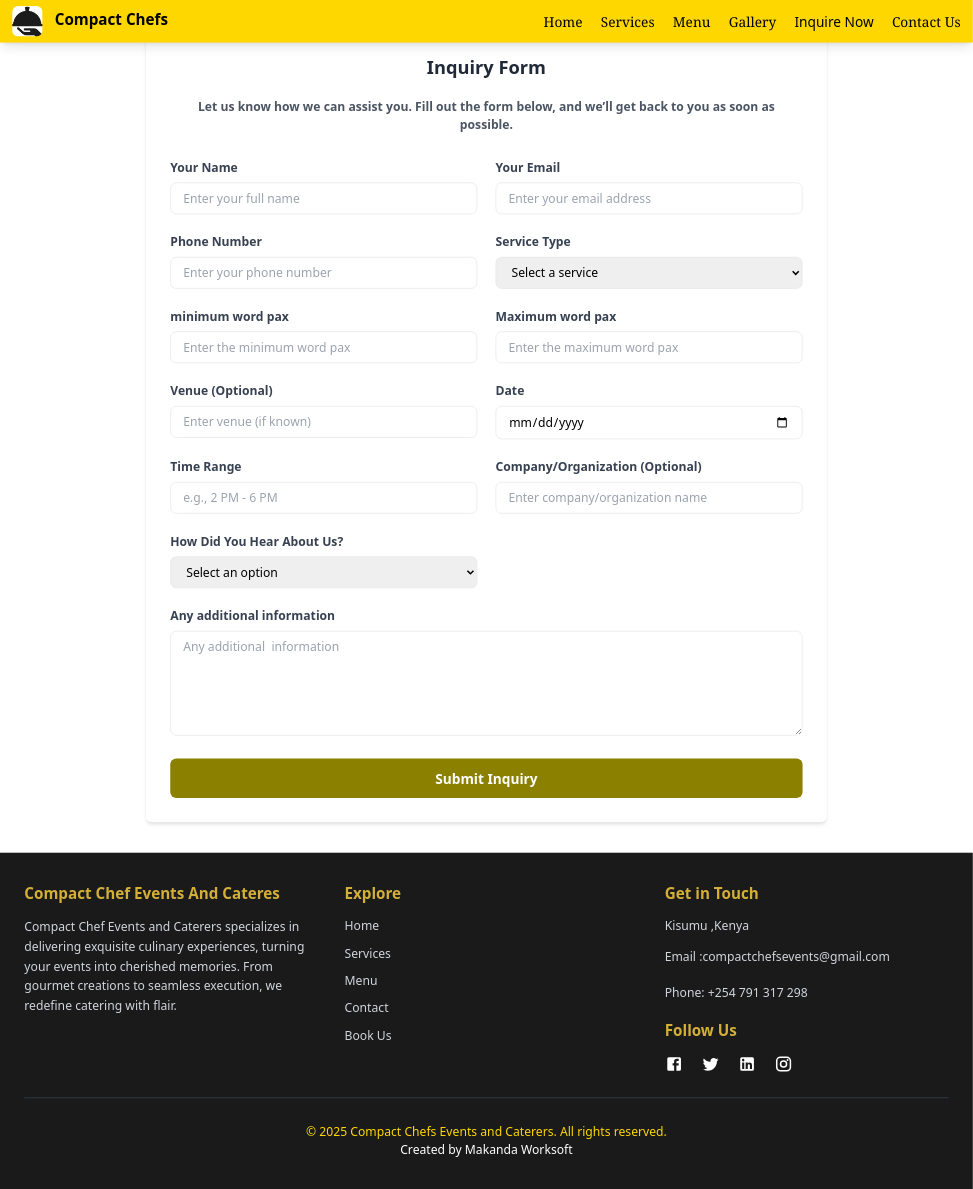
Repository: makanda596/compactchef
Page: /book
These files come from the project's save history. The page is drawn as it stood at one moment and after the next save; the edit follows.
The browser window is 1280 px wide. The pictures show the whole page, at 76% of full size.
The project was rebuilt for these pictures with package versions that can differ from the ones it lists, and the page was loaded fresh each time. Also part of the build but not shown: src/components/Hero.jsx, src/components/Client.jsx, src/components/Reviews.jsx, src/components/About.jsx, src/pages/Home.jsx, src/pages/Services.jsx, src/pages/Menu.jsx, src/pages/Contact.jsx and 1 more.

Above is the page before, as saved 2025-01-21 14:28:01.

### public/index.html
<!DOCTYPE html>
<html lang="en">
  <head>
    <meta charset="utf-8" />
    <link rel="icon" href="./logo.jpg" />
    <meta name="viewport" content="width=device-width, initial-scale=1" />

    <link rel="apple-touch-icon" href="./logo.jpg" />


    <title>CompactChef Events</title>
  </head>
  <body>
    <div id="root"></div>
  </body>
</html>

### src/pages/Book.jsx
import React, { useState } from 'react';

function Inquiry() {
    const [loading, setLoading] = useState(false);
    const [submitted, setSubmitted] = useState(false);
    const [formData, setFormData] = useState({
        name: "",
        email: "",
        phone: "",
        service: "",
        venue: "",
        people: "",
        date: "",
        time: "",
        company: "",
        referral: "",
        message: "",
    });

    const services = [
        "Catering Services",
        "Corporate Events",
        "Weddng Events",
        "Event Planning",
        "Garden Events",
        "Private Events",
        "Menu Customization",
        "Food Delivery",
        "Baby Showers",
        "Other",
    ];

    const referralOptions = [
        "Social Media",
        "Website",
        "Friend/Family",
        "Advertisement",
        "Other",
    ];

    const handleChange = (e) => {
        const { name, value } = e.target;
        setFormData((prevData) => ({
            ...prevData,
            [name]: value,
        }));
    };

    const onSubmit = async (event) => {
        event.preventDefault();
        setLoading(true);
        const formData = new FormData(event.target);

        formData.append("access_key", "1a963b75-8bc9-43a3-b79f-457662aa4798");

        const object = Object.fromEntries(formData);
        const json = JSON.stringify(object);

        try {
            const res = await fetch("https://api.web3forms.com/submit", {
                method: "POST",
                headers: {
                    "Content-Type": "application/json",
                    Accept: "application/json"
                },
                body: json
            });

            if (res.ok) {
                const data = await res.json();
                if (data.success) {
                    setLoading(false);
                    setSubmitted(true);
                    // Clear form inputs
                    setFormData({
                        name: "",
                        email: "",
                        phone: "",
                        service: "",
                        venue: "",
                        min: "",
                        max: "",
                        date: "",
                        time: "",
                        company: "",
                        referral: "",
                        message: "",
                    });
                } else {
                    console.error("Error:", data.message);
                    setLoading(false);
                }
            } else {
                console.error("Network response was not ok.");
                setLoading(false);
            }
        } catch (error) {
            console.error("Fetch error:", error);
            setLoading(false);
        }
    };

    return (
        <div className="min-h-screen  py-10 ">
            <div className="max-w-4xl mx-auto bg-white p-8 rounded-lg shadow-md">
                <h1 className="text-2xl font-extrabold text-center text-gray-800 mb-6">
                    Inquiry Form
                </h1>
                <p className="text-center font-semibold text-gray-600 mb-8">
                    Let us know how we can assist you. Fill out the form below, and we’ll get back to you as soon as possible.
                </p>
                <form className="space-y-6" onSubmit={onSubmit}>
                    <div className="grid grid-cols-1 md:grid-cols-2 gap-4 md:gap-6">
                        <div>
                            <label htmlFor="name" className="block text-gray-700 font-bold mb-2">
                                Your Name
                            </label>
                            <input
                                type="text"
                                id="name"
                                name="name"
                                value={formData.name}
                                onChange={handleChange}
                                className="w-full px-4 py-2 border rounded-lg focus:outline-none focus:ring-2 focus:ring-[#8b8000]"
                                placeholder="Enter your full name"
                                required
                            />
                        </div>
                        <div>
                            <label htmlFor="email" className="block text-gray-700 font-bold mb-2">
                                Your Email
                            </label>
                            <input
                                type="email"
                                id="email"
                                name="email"
                                value={formData.email}
                                onChange={handleChange}
                                className="w-full px-4 py-2 border rounded-lg focus:outline-none focus:ring-2 focus:ring-[#8b8000]"
                                placeholder="Enter your email address"
                                required
                            />
                        </div>
                        <div>
                            <label htmlFor="phone" className="block text-gray-700 font-bold mb-2">
                                Phone Number
                            </label>
                            <input
                                type="tel"
                                id="phone"
                                name="phone"
                                value={formData.phone}
                                onChange={handleChange}
                                className="w-full px-4 py-2 border rounded-lg focus:outline-none focus:ring-2 focus:ring-[#8b8000]"
                                placeholder="Enter your phone number"
                                required
                            />
                        </div>
                        <div>
                            <label htmlFor="service" className="block text-gray-700 font-bold mb-2">
                                Service Type
                            </label>
                            <select
                                id="service"
                                name="service"
                                value={formData.service}
                                onChange={handleChange}
                                className="w-full px-4 py-2 border rounded-lg focus:outline-none focus:ring-2 focus:ring-[#8b8000]"
                                required
                            >
                                <option value="" disabled>
                                    Select a service
                                </option>
                                {services.map((service, index) => (
                                    <option key={index} value={service}>
                                        {service}
                                    </option>
                                ))}
                            </select>
                        </div>

                        <div>
                            <label htmlFor=" word pax" className="block text-gray-700 font-bold mb-2">
                                minimum word pax
                            </label>
                            <input
                                type="number"
                                id="minimum word pax"
                                name="minimum word pax"
                                value={formData.min}
                                onChange={handleChange}
                                className="w-full px-4 py-2 border rounded-lg focus:outline-none focus:ring-2 focus:ring-[#8b8000]"
                                placeholder="Enter the minimum word pax"
                                required
                            />
                        </div>
                        <div>
                            <label htmlFor=" word pax" className="block text-gray-700 font-bold mb-2">
                                Maximum word pax
                            </label>
                            <input
                                type="number"
                                id=" maximum word pax"
                                name=" maximum word pax"
                                value={formData.max}
                                onChange={handleChange}
                                className="w-full px-4 py-2 border rounded-lg focus:outline-none focus:ring-2 focus:ring-[#8b8000]"
                                placeholder="Enter the maximum word pax"
                                required
                            />
                        </div>
                        <div>
                            <label htmlFor="venue" className="block text-gray-700 font-bold mb-2">
                                Venue (Optional)
                            </label>
                            <input
                                type="text"
                                id="venue"
                                name="venue"
                                value={formData.venue}
                                onChange={handleChange}
                                className="w-full px-4 py-2 border rounded-lg focus:outline-none focus:ring-2 focus:ring-[#8b8000]"
                                placeholder="Enter venue (if known)"
                            />
                        </div>
                        <div>
                            <label htmlFor="date" className="block text-gray-700 font-bold mb-2">
                                Date
                            </label>
                            <input
                                type="date"
                                id="date"
                                name="date"
                                value={formData.date}
                                onChange={handleChange}
                                className="w-full px-4 py-2 border rounded-lg focus:outline-none focus:ring-2 focus:ring-[#8b8000]"
                                required
                            />
                        </div>
                        <div>
                            <label htmlFor="time" className="block text-gray-700 font-bold mb-2">
                                Time Range
                            </label>
                            <input
                                type="text"
                                id="time"
                                name="time"
                                value={formData.time}
                                onChange={handleChange}
                                className="w-full px-4 py-2 border rounded-lg focus:outline-none focus:ring-2 focus:ring-[#8b8000]"
                                placeholder="e.g., 2 PM - 6 PM"
                                required
                            />
                        </div>
                        <div>
                            <label htmlFor="company" className="block text-gray-700 font-bold mb-2">
                                Company/Organization (Optional)
                            </label>
                            <input
                                type="text"
                                id="company"
                                name="company"
                                value={formData.company}
                                onChange={handleChange}
                                className="w-full px-4 py-2 border rounded-lg focus:outline-none focus:ring-2 focus:ring-[#8b8000]"
                                placeholder="Enter company/organization name"
                            />
                        </div>
                        <div>
                            <label htmlFor="referral" className="block text-gray-700 font-bold mb-2">
                                How Did You Hear About Us?
                            </label>
                            <select
                                id="referral"
                                name="referral"

                                value={formData.referral}
                                onChange={handleChange}
                                className="w-full px-4 py-2 border rounded-lg focus:outline-none focus:ring-2 focus:ring-[#8b8000]"
                                required
                            >
                                <option value="" disabled>
                                    Select an option
                                </option>
                                {referralOptions.map((option, index) => (
                                    <option key={index} value={option}>
                                        {option}
                                    </option>
                                ))}
                            </select>
                        </div>
                    </div>
                    <div>
                        <label htmlFor="message" className="block text-gray-700 font-bold mb-2">
                            Any additional  information
                        </label>
                        <textarea
                            id="message"
                            name="message"
                            rows="5"
                            value={formData.message}
                            onChange={handleChange}
                            className="w-full px-4 py-2 border rounded-lg focus:outline-none focus:ring-2 focus:ring-[#8b8000]"
                            placeholder="Any additional  information"
                            required
                        ></textarea>
                    </div>
                    <div>
                        <button
                            type="submit"
                            className="w-full bg-[#8b8000] text-white py-3 rounded-lg text-lg font-bold hover:bg-[#a08d00] transition duration-300"
                        >
                            {loading ? "Submitting..." : "Submit Inquiry"}
                        </button>
                    </div>
                </form>
            </div>

            {submitted && (
                <div className="fixed inset-0 flex items-center justify-center bg-black bg-opacity-50">
                    <div className="bg-white rounded-lg p-6 text-center shadow-lg">
                        <h2 className="text-2xl font-bold text-gray-800 mb-4">Inquiry Submitted!</h2>
                        <p className="text-gray-600 mb-6">
                            Thank you for your inquiry. We’ll get back to you soon.
                        </p>
                        <button
                            onClick={() => setSubmitted(false)}
                            className="bg-[#8b8000] text-white py-2 px-6 rounded-lg hover:bg-[#a08d00]"
                        >
                            Close
                        </button>
                    </div>
                </div>
            )}
        </div>
    );
}

export default Inquiry;

### src/components/Navbar.jsx
import React, { useState } from "react";
import logo from '../assets/logo.jpg'
const Navbar = () => {
    const [isOpen, setIsOpen] = useState(false);

    return (
        <nav className="bg-gold shadow-lg fixed top-0 z-50 w-full">
            <div className="container mx-auto px-4 flex justify-between items-center h-12 md:h-14">

                <div className="text-black font-bold text-xl flex space-x-4">
                    <img src={logo} alt="" className="w-10 rounded-lg object-cover" />
                    <p className="py-1">Compact Chefs</p></div>

                <div className="lg:hidden">
                    <button
                        onClick={() => setIsOpen(!isOpen)}
                        className="text-black focus:outline-none"
                    >
                        <svg
                            className="w-6 h-6"
                            xmlns="http://www.w3.org/2000/svg"
                            fill="none"
                            viewBox="0 0 24 24"
                            stroke="currentColor"
                        >
                            {isOpen ? (
                                <path
                                    strokeLinecap="round"
                                    strokeLinejoin="round"
                                    strokeWidth="2"
                                    d="M6 18L18 6M6 6l12 12"
                                />
                            ) : (
                                <path
                                    strokeLinecap="round"
                                    strokeLinejoin="round"
                                    strokeWidth="2"
                                    d="M4 6h16M4 12h16M4 18h16"
                                />
                            )}
                        </svg>
                    </button>
                </div>

                {/* Links for Desktop */}
                <div className="hidden lg:flex   space-x-6 text-lg ">
                    <a href="/" className=" text-black font-serif hover:text-white">
                        Home
                    </a>
                    <a href="services" className="text-black font-serif hover:text-white">
                        Services
                    </a>
                    <a href="menu" className="text-black font-serif hover:text-white">
                        Menu
                    </a>

                    <a href="gallery" className="text-black font-serif hover:text-white">
                        Gallery
                    </a>
                    <a href="book" className="text-black font-serife hover:text-white" target="_blank" >
                        Inquire Now
                    </a>
                    <a href="contact" className="text-black font-serif hover:text-white">
                        Contact Us
                    </a>

                </div>
            </div>

            {/* Mobile Menu */}
            {
                isOpen && (
                    <div className="lg:hidden bg-black">
                        <a
                            href="/"
                            className="block py-2 px-4 text-white hover:bg-gold"
                        >
                            Home
                        </a>
                        <a
                            href="services"
                            className="block py-2 px-4 text-white hover:bg-gold"
                        >
                            Services
                        </a>
                        <a
                            href="menu"
                            className="block py-2 px-4 text-white hover:bg-gold"
                        >
                            Menu
                        </a>
                        <a href="gallery" className="block py-2 px-4 text-white hover:bg-gold">
                            Gallery
                        </a>
                        <a
                            href="book" target="_blank"
                            className="block py-2 px-4 text-white hover:bg-gold"
                        >
                            Inquire Now
                        </a>
                        <a
                            href="contact"
                            className="block py-2 px-4 text-white hover:bg-gold"
                        >
                            Contact
                        </a>

                    </div>
                )
            }
        </nav >
    );
};

export default Navbar;

Loaded but not shown: src/index.js (common file); src/index.css (common file); src/reportWebVitals.js (common file); src/App.js (32 lines, source omitted); tailwind.config.js (25 lines, source omitted); src/components/Footer.jsx (107 lines, source omitted)

After the next save:
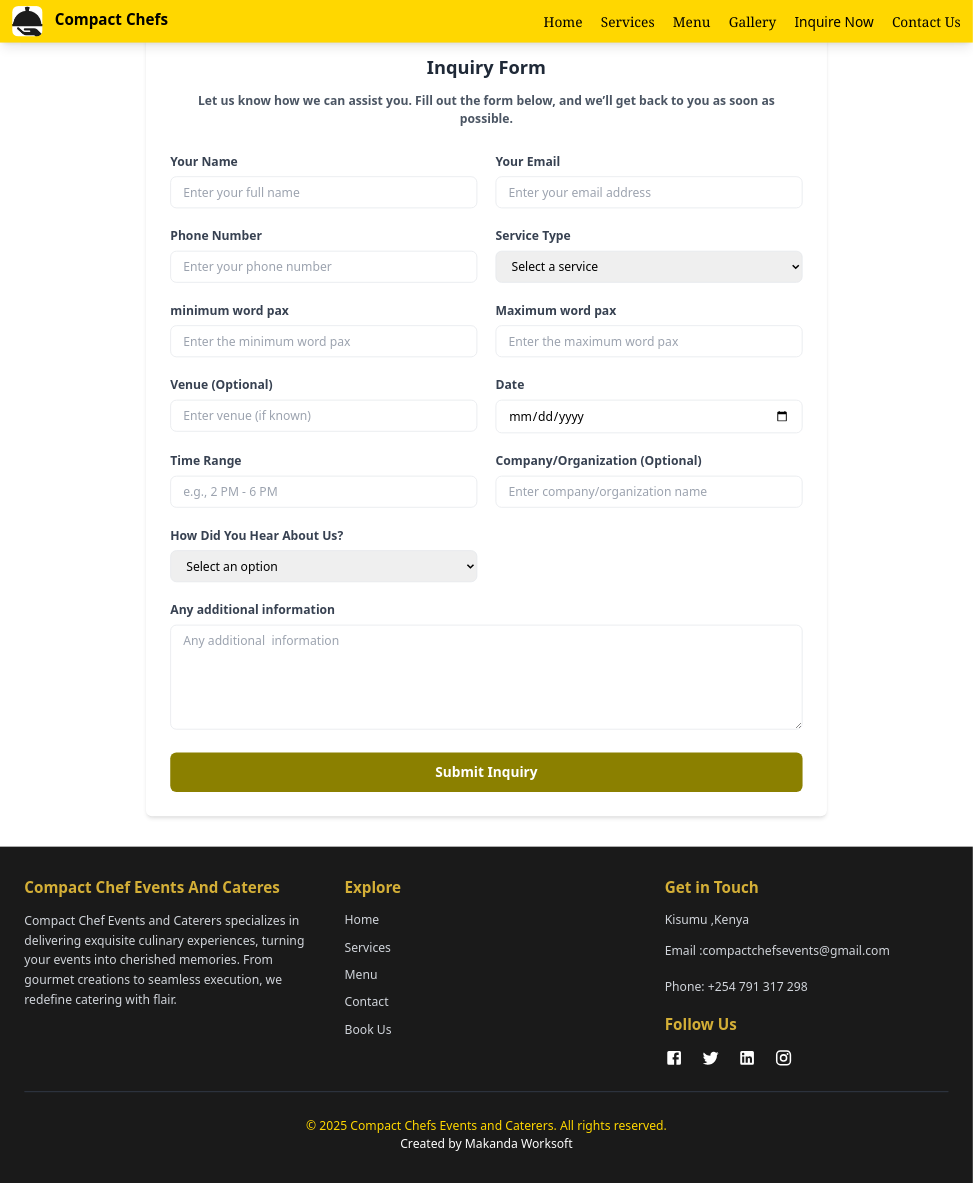
Saved 49 s later.
--- a/src/pages/Book.jsx
+++ b/src/pages/Book.jsx
@@ -103,7 +103,7 @@ function Inquiry() {
     return (
         <div className="min-h-screen  py-10 ">
             <div className="max-w-4xl mx-auto bg-white p-8 rounded-lg shadow-md">
-                <h1 className="text-2xl font-extrabold text-center text-gray-800 mb-6">
+                <h1 className="text-2xl font-extrabold text-center text-gray-800 mb-4">
                     Inquiry Form
                 </h1>
                 <p className="text-center font-semibold text-gray-600 mb-8">
